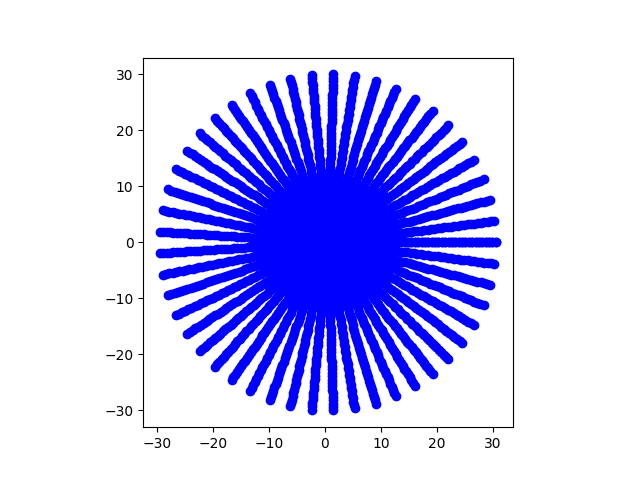
Repository: leiradom/CFDhomework
Script's output: python Laplaceequation/Meshgeneration.py
An editor plug-in stored every save of this project. The script's output is shown before and after the next save, followed by the edit.
Random numbers start from a fixed seed.

Above is the script's output before, as saved 2021-04-07 14:31:04.

After the next save:
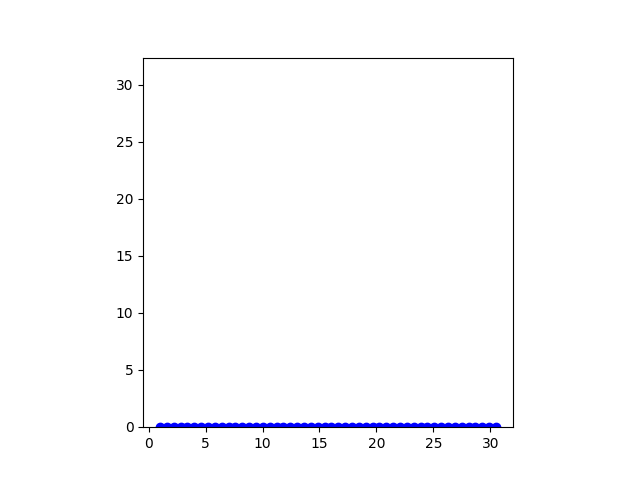
Saved 7 min 14 s later.
--- a/Laplaceequation/Meshgeneration.py
+++ b/Laplaceequation/Meshgeneration.py
@@ -47,7 +47,7 @@ for i in range(0,n1):
     Y0[i] = y
     X1[i] = 30 * math.cos(Theta[i]) + 0.5
     Y1[i] = 30 * math.sin(Theta[i])
-    print(X0[i],Y0[i])
+    #print(X0[i],Y0[i])
     for j in range(0,n2):
         dx = (X1[i] - X0[i]) / (n2 - 1)
         dy = (Y1[i] - Y0[i]) / (n2 - 1)
@@ -57,10 +57,11 @@ for i in range(0,n1):
 '''
 for i in range(0,n1):
     plt.plot(X[i][:],Y[i][:],'-o',c='b')
-    '''
+
 for j in range(0,n2):
     plt.plot(X[:][j],Y[:][j],'-o',c='b')
-
+'''
+plt.plot(X[:][0],Y[:][0],'-o',c='b')
 plt.axis('square') #等比例显示
 plt.show()         #放在最外面，最后只画一张图
 
